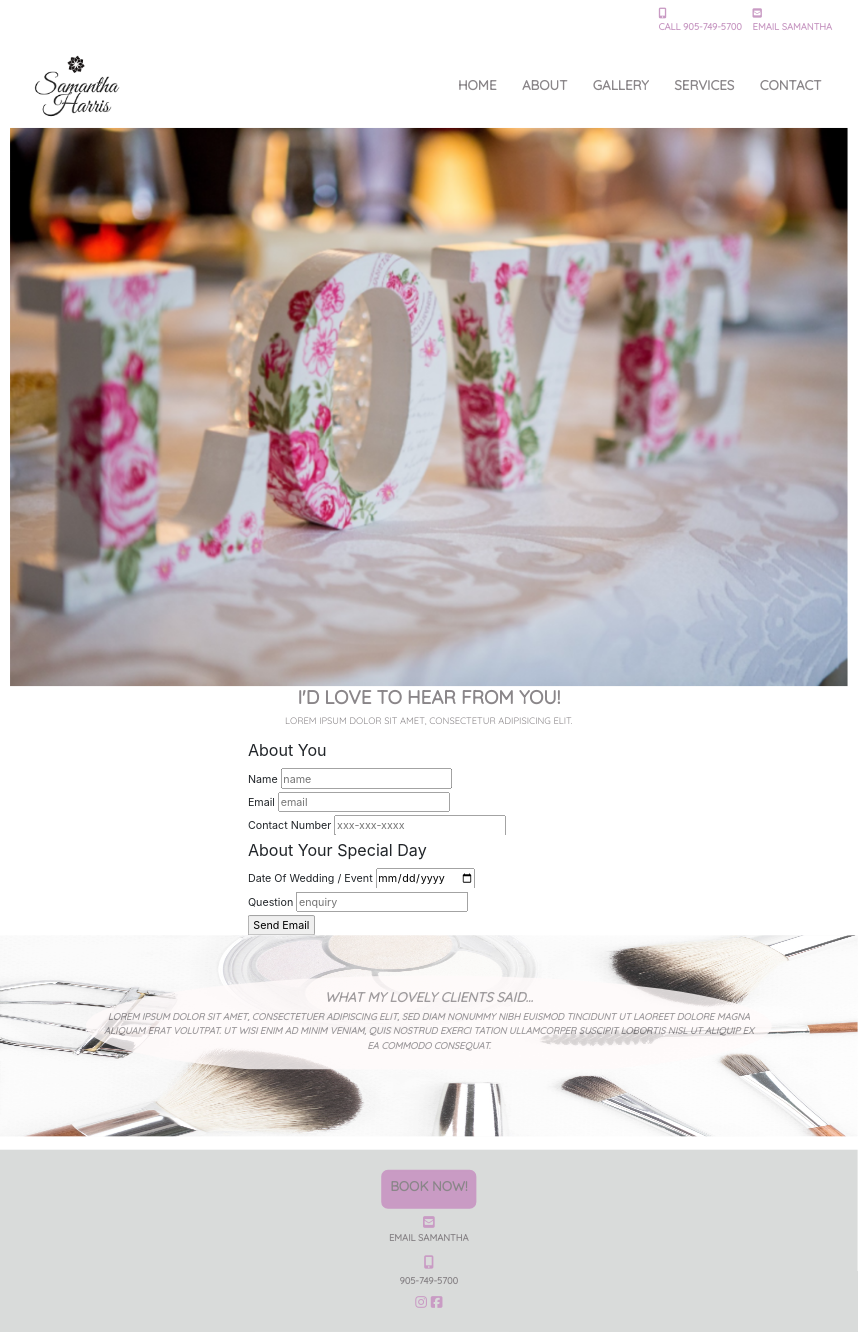
Repository: JayneyNix/milestone-1-UCFD
Page: contact.html
The author's editor kept a record of every edit. The page is drawn from the files as they stood at one moment, then again after the next edit.
The browser window is 1280 px wide. The pictures show the whole page, at 67% of full size.
Some web libraries are served in a nearby version.

Above is the page before.

### contact.html
<!DOCTYPE html>
<html lang="en">

<head>
    <meta charset="UTF-8">
    <meta name="viewport" content="width=device-width, initial-scale=1.0">
    <meta http-equiv="X-UA-Compatible" content="ie=edge">
    <title>Professional Make-up Artistry | Samantha Harris</title>
    <script src="https://code.jquery.com/jquery-3.3.1.slim.min.js" integrity="sha384-q8i/X+965DzO0rT7abK41JStQIAqVgRVzpbzo5smXKp4YfRvH+8abtTE1Pi6jizo" crossorigin="anonymous"></script>
    <link href="https://stackpath.bootstrapcdn.com/bootstrap/4.3.1/css/bootstrap.min.css" rel="stylesheet" integrity="sha384-ggOyR0iXCbMQv3Xipma34MD+dH/1fQ784/j6cY/iJTQUOhcWr7x9JvoRxT2MZw1T" crossorigin="anonymous" type="text/css">
    <link rel="stylesheet" href="https://cdnjs.cloudflare.com/ajax/libs/hover.css/2.3.1/css/hover-min.css" type="text/css">
    <link rel="stylesheet" href="https://fonts.googleapis.com/css?family=Quicksand">
    <script src="https://kit.fontawesome.com/26094534a3.js" crossorigin="anonymous"></script>
    <link rel="stylesheet" href="Assets/style.css" class="text/css">
</head>

<body>
    <!-----Navigation----->

    <div class="d-flex justify-content-end">
        <div class="d-flex contact-header flex-row-reverse align-items-center">
            <div class="p-2"><a class="email-header" href="mailto:bookings@samanthaharris.ca" target="-blank"><i class="fas fa-envelope-square" aria-hidden="true"></i><h5 class="h5 headings">Email Samantha</h5></a></div>
            <div class="p-2"><a class="call-header" href="tel:905-749-5700"><i class="fas fa-mobile-alt" aria-hidden="true"></i><h5 class="h5 headings">Call 905-749-5700</h5></a></div>
        </div>
    </div>


    <div class="container-fluid nav-container no-padding">
        <nav class="navbar navbar-light navbar-expand-sm">

            <a class="navbar-brand" href="index.html">
                <img src="Assets/logo.png" class="d-inline-block align-top"
      alt="samantha-harris-logo"/>
      </a>

            <button class="navbar-toggler ml-auto" type="button" data-toggle="collapse" data-target="#navbarNavDropdown" aria-controls="navbarNavDropdown" aria-expanded="false" aria-label="Toggle navigation">
          <span class="navbar-toggler-icon"></span>
      </button>
            <div class="collapse navbar-collapse" id="navbarNavDropdown">
                <ul class="navbar-nav navbar-default ml-auto">
                    <li class="nav-item">
                        <a class="nav-link active" href="index.html">Home</a>
                    </li>
                    <li class="nav-item">
                        <a class="nav-link active" href="about.html">About</a>
                    </li>
                    <li class="nav-item">
                        <a class="nav-link active" href="gallery.html">Gallery</a>
                    </li>
                    <li class="nav-item">
                        <a class="nav-link active" href="services.html">Services</a>
                    </li>
                    <li class="nav-item">
                        <a class="nav-link active" href="contact.html">Contact</a>
                    </li>
                </ul>
            </div>
        </nav>
    </div>


    <!-----Navigation----->


    <!--Introduction-->

    <div class="container-fluid contact-main-banner">
        <div class="row">
            <div class="contact-column col-sm-12">
                <img src="Assets/wedding-table-decoration.jpg" class="img-fluid w-100" alt="banner-image-table-decoration">
            </div>
        </div>

    </div>
    <div class="container-fluid contact-intro no-padding">
        <div class="row justify-content-center">
            <div class="col-sm-6 home-main-intro">
                <h1 class="h1 headings">I'd love to hear from you!</h1>
                <p class="p headings">Lorem ipsum dolor sit amet, consectetur adipisicing elit.
            </div>
        </div>
    </div>

    <!--Introduction-->

    <!--Contact Form-->

<div class="container">
    <div class="row justify-content-center">
        <div class="contact-form col-sm-6">
    <form action="send_email.html" method="post">
        <fieldset>
            <legend>About You</legend>
            <label for="name">Name</label>
            <input type="text" id="name" placeholder="name" name="Name"><br>

            <label for="email">Email</label>
            <input type="email" id="email" placeholder="email" name="Email required"><br>

            <label for="number">Contact Number</label>
            <input type="number" id="number" placeholder="xxx-xxx-xxxx" name="Contact-Number required"><br>

        </fieldset>
        <fieldset>
            <legend>About Your Special Day</legend>
            <label for="event-date">Date Of Wedding / Event</label>
            <input type="date" id="event-date" placeholder="event-date" name="Event-Date"><br>

            <label for="question">Question</label>
            <input type="textarea" id="enquiry" placeholder="enquiry" name="Enquiry" maxlength="500"><br>
        </fieldset>
        <input class="contact-form-button" type="submit" value="Send Email">
    </form>
    </div>
    </div>
</div>
    <!--Contact Form-->


    <!--Testimonials-->

    <div id="testimonial-carousel" class="carousel slide d-none d-md-block" data-ride="carousel">
        <div class="carousel-inner">
            <div class="carousel-item active">
                <img class="carousel-image d-block w-100" src="Assets/cosmetic-brushes.jpg" alt="Slide-One">
                <div class="carousel-caption d-none d-md-block height-auto">
                    <div class="box">
                        <h2 class="h2 headings carousel-heading align-items-center justify-content-center">What My Lovely Clients Said...</h5>
                            <p class="p headings carousel-text">Lorem ipsum dolor sit amet, consectetuer adipiscing elit, sed diam nonummy nibh euismod tincidunt ut laoreet dolore magna aliquam erat volutpat. Ut wisi enim ad minim veniam, quis nostrud exerci tation ullamcorper suscipit
                                lobortis nisl ut aliquip ex ea commodo consequat.
                            </p>
                    </div>
                </div>
            </div>

            <div class="carousel-item">
                <img class="carousel-image d-block w-100" src="Assets/cosmetic-brushes.jpg" alt="Slide-One">
                <div class="carousel-caption d-none d-md-block">
                    <div class="box">
                        <h2 class="h2 headings carousel-heading align-items-center justify-content-center">What My Lovely Clients Said...</h5>
                            <p class="p headings carousel-text">Lorem ipsum dolor sit amet, consectetuer adipiscing elit, sed diam nonummy nibh euismod tincidunt ut laoreet dolore magna aliquam erat volutpat. Ut wisi enim ad minim veniam, quis nostrud exerci tation ullamcorper suscipit
                                lobortis nisl ut aliquip ex ea commodo consequat.
                            </p>
                    </div>
                </div>
            </div>
            <div class="carousel-item">
                <img class="carousel-image d-block w-100" src="Assets/cosmetic-brushes.jpg" alt="Slide-One">
                <div class="carousel-caption d-none d-md-block">
                    <div class="box">
                        <h2 class="h2 headings carousel-heading align-items-center justify-content-center">What My Lovely Clients Said...</h5>
                            <p class="p headings carousel-text">Lorem ipsum dolor sit amet, consectetuer adipiscing elit, sed diam nonummy nibh euismod tincidunt ut laoreet dolore magna aliquam erat volutpat. Ut wisi enim ad minim veniam, quis nostrud exerci tation ullamcorper suscipit
                                lobortis nisl ut aliquip ex ea commodo consequat.
                            </p>
                    </div>
                </div>
            </div>
        </div>
    </div>

    <!--Testimonials-->


    <footer class="container-fluid footer-container no-padding">

        <div id="footer" class="row">
            <div class="col-sm-12">
                <div class="action">
                    <btn class="footer-button">
                        <a class="contact-link" href="contact.html">
                            <h2 class="h2 headings footer-items">BOOK NOW!</h2>
                        </a>
                    </btn>
                </div>

                <div class="col-sm-12">
                    <div class="contact-methods">
                        <a class="send-email" href="mailto:bookings@samanthaharris.ca" target="-blank"><i class="fas fa-envelope-square" aria-hidden="true"></i>
                <h5 class="h5 headings">Email Samantha</h5></a>
                        <a class="call" href="tel:905-749-5700"><i class="fas fa-mobile-alt" aria-hidden="true"></i><h5 class="h5 headings">905-749-5700</h5></a>
                    </div>
                </div>

                <div class="col-sm-12">
                    <div class="social"></div>
                    <a class="insta" href="https://www.instagram.com" target="-blank"><i class="fab fa-instagram" aria-hidden="true"></i>
                    </a>
                    <a class="facebook" href="https://www.facebook.com" target="-blank"><i class="fab fa-facebook-square" aria-hidden="true"></i></a>
                </div>
            </div>
        </div>

    </footer>



    <script src="https://stackpath.bootstrapcdn.com/bootstrap/4.3.1/js/bootstrap.min.js" integrity="sha384-JjSmVgyd0p3pXB1rRibZUAYoIIy6OrQ6VrjIEaFf/nJGzIxFDsf4x0xIM+B07jRM" crossorigin="anonymous"></script>

    <script src="https://cdnjs.cloudflare.com/ajax/libs/popper.js/1.14.7/umd/popper.min.js" integrity="sha384-UO2eT0CpHqdSJQ6hJty5KVphtPhzWj9WO1clHTMGa3JDZwrnQq4sF86dIHNDz0W1" crossorigin="anonymous"></script>
</body>

</html>

### Assets/style.css
/*Typography*/

.headings {

    font-family: Quicksand, sans-serif;
    text-transform: uppercase;
    font-weight: bold;
}


.h1 {
    font-size: 28px;
    color: #8a8689;
    font-weight: bold;
}

.h2 {
    font-size: 20px;
    font-weight: bold;
}

.h3 {
    font-size: 18px;
}

.h4 {
    font-size: 16px;
}

.h5 {
    font-size: 14px;
}

.p {
    font-size: 14px;
    color: #8a8689;
    font-weight: normal;
}

/*Typography*/

.nav-container {
    padding: 0;
    font-size: 0;
}

/*--Fixed Header--*/

.d-flex .contact-header {
    padding-right: 30px;
}

/*@media (max-width: 575px) {*/

/*   .d-flex .contact-header { */

/*   display: none;*/

/*   }*/

/*}*/

.p-2 .email-header {
    color: #c99bc4;
    text-decoration: none;
}

.p-2 .call-header {
    color: #c99bc4;
    text-decoration: none;
}

.p-2 .email-header:hover {
    color: #8a8689;
}

.p-2 .call-header:hover {
    color: #8a8689;
}


/*--Navigation--*/

.navbar {
    background-color: #fff;

}

.navbar-brand {
    padding-left: 30px;
    background-size: cover;
    width: 200;
    height: 200;

}

.navbar-nav {
    padding-right: 30px;
}

.nav-item {
    word-spacing: 50;
}

.nav-link {

    font-family: "Quicksand", sans-serif;
    font-size: 20px;
    font-weight: bold;
    text-decoration: none;
    text-transform: uppercase;
    color: #8a8689!important;
    vertical-align: middle;
    padding-left: 30px!important;
}

.nav-link:hover {
    color: #c99bc4!important;
    transform: scale(1.25);
    transition: ease-in-out;
    transition-duration: 0.3s;
}

/*.nav-item .a .nav-link .active .nav-item .a .nav-link .active:hover,*/

/*.nav-item .a .nav-link .active:focus {*/

/*    color: #c99bc4;*/

/*    background-color: transparent;*/

/*}*/

@media (max-width: 768px) {
    #navbarNavDropdown {
        text-align: center;
    }
}

.navbar-toggler .navbar-toggler-icon {
    border: 0;
    font-weight: bold;
    color: #c99bc4;
}

/*--Navigation--*/

/*--Footer*/

.container-fluid .footer-container {
    display: inline-block;
    font-size: 0;
}

#footer {
    background-color: #d9dbda;
    text-align: center;
    padding-top: 30px;
    padding-bottom: 30px;

}


.footer-button {
    position: relative;
    display: inline-block;
    font-family: "Quicksand", sans-serif;
    font-size: 20px;
    font-weight: bolder;
    text-transform: uppercase;
    vertical-align: middle;
    border: 3px solid #c99bc4;
    border-radius: 10px;
    padding: 10px;
    text-align: center;
    background-color: #c99bc4;
}

.footer-button .contact-link {
    text-decoration: none;
}

.footer-button .a .h2 {
    vertical-align: middle;
}

.send-email {

    color: #8a8689;
    text-decoration: none;
}

.footer-items {
    color: #8a8689;
    font-weight: bold;
}

.footer-items:hover {
    color: #8a8689;
    transform: scale(1.1);
    transition: ease-in-out;
    transition-duration: 0.4s;

}

.send-email:hover {
    color: #c99bc4;
    text-decoration: none;
}


.call {

    color: #8a8689;
    text-decoration: none;
}

.call:hover {
    color: #c99bc4;
    text-decoration: none;
}

.send-email>i {
    color: #c99bc4;
    padding: 5px;
    font-size: 20px;
    padding-top: 10px;
}

.send-email>i:hover {
    color: #8a8689;
    padding: 5px;
    font-size: 20px;
}


.call>i {
    color: #c99bc4;
    padding: 10px;
    font-size: 20px;
}

.call>i:hover {
    color: #8a8689;
    padding: 10px;
    font-size: 20px;
}


.insta {

    color: #c99bc4;
    font-size: 20px;
}

.facebook {

    color: #c99bc4;
    font-size: 20px;
}


.insta:hover {
    color: #8a8689;
    text-decoration: none;
}

.facebook:hover {
    color: #8a8689;
    text-decoration: none;
}


/*--Footer*/

/*--Homepage Section 1 - Banner & Intro*/

.home-main-banner {
    padding: 0;
    font-size: 0;
    margin: 0;
    padding-bottom: 20px;
}

@media (max-width: 576px) {
    .home-main-banner {
        display: none;
    }
}

.home-main-intro {
    width: 100%;
    text-align: center;
}

/*--Homepage Section 1 - Banner & Intro*/

/*--Homepage Section 2 - About*/

/*--Homepage Section 2 - About*/

/*--Homepage Section 3 - Testimonials*/

#testimonial-carousel {
    padding: 0;
    font-size: 0;
    margin-bottom: 20px;
    height: 300px;
}

.carousel-image {
    height: 300px;
    opacity: 0.8;
}


.carousel-caption {
    position: absolute;
    left: 50%;
    top: 40%;
    transform: translate(-50%, -50%);
    overflow: hidden;
    width: 80%;
}

.carousel-heading {
    color: #8a8689;
    font-style: italic;
    font-weight: bolder;
}

.carousel-text {
    font-style: italic;
    font-weight: bolder;
}

.box {
    border: 0px transparent;
    border-radius:50%;
    background-color: #fffafa;
    opacity: 0.8;
    padding: 20px;
}



/*--Homepage Section 3 - Testiomonials*/



/*--Homepage Section 2 - Gallery*/

.gallery-item .gallery-image {
  display: block;
  max-width: 100%;
  padding-bottom: 20px;
}

/*--Homepage Section 2 - Gallery*/

After the next edit:
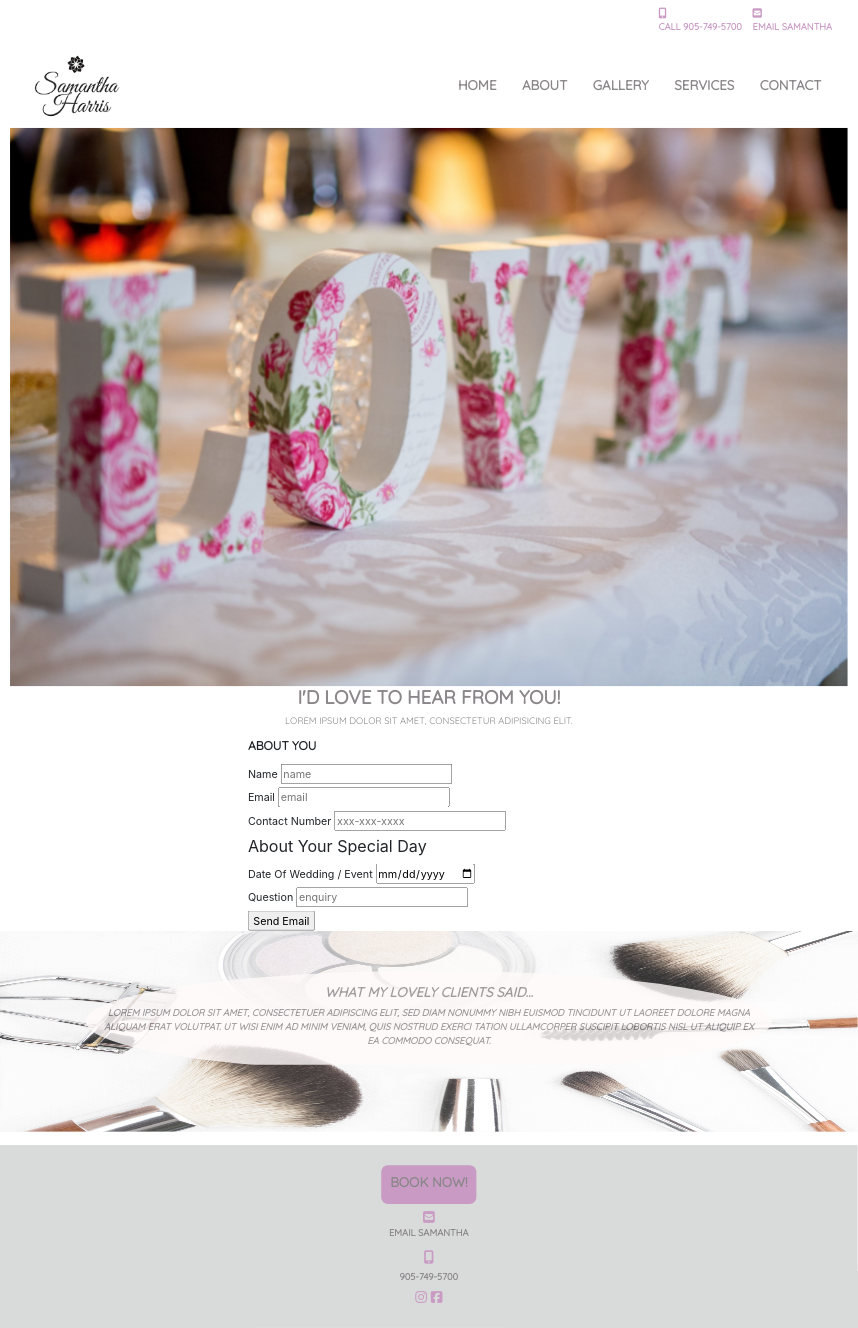
The edit:
--- a/contact.html
+++ b/contact.html
@@ -90,7 +90,7 @@
         <div class="contact-form col-sm-6">
     <form action="send_email.html" method="post">
         <fieldset>
-            <legend>About You</legend>
+            <legend><h3 class="h3 headings">About You</h3></legend>
             <label for="name">Name</label>
             <input type="text" id="name" placeholder="name" name="Name"><br>
 
